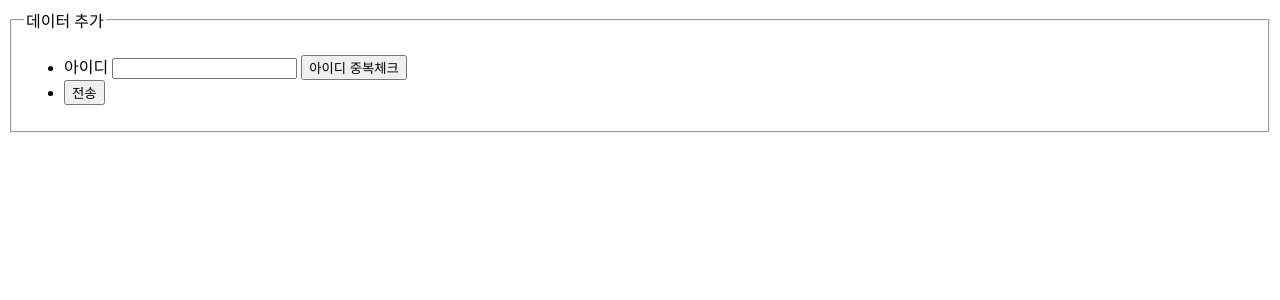
Repository: yuntaekOhO/SY_Academy_Study
Page: http://localhost/ch03-JSP/ch10-ajax/s05_registerForm.jsp
An editor plug-in stored every save of this project. The page is shown before and after the next save, followed by the edit.
The browser window is 1280 px wide. The pictures show the whole page.
The page is served by Tomcat 9. Other server files are loaded and not shown.

Above is the page before, as saved 2022-06-30 06:09:22.

### workspace_jsp/ch03-JSP/src/main/webapp/ch10-ajax/s05_registerForm.jsp
<%@ page language="java" contentType="text/html; charset=UTF-8"
    pageEncoding="UTF-8"%>
<!DOCTYPE html>
<html>
<head>
<meta charset="UTF-8">
<title>아이디 중복 체크</title>
<script type="text/javascript" src="../js/jquery-3.6.0.min.js"></script>
<script type="text/javascript">

</script>
</head>
<body>
<form id="insert_form" method="post">
	<fieldset>
		<legend>데이터 추가</legend>
		<ul>
			<li>
				<label for="id">아이디</label>
				<input type="text" name="id" id="id">
				<input type="button" id="confirmId" value="아이디 중복체크">
				<span id="id_signed"></span>
			</li>
			<li>
				<input type="submit" value="전송">
			</li>
		</ul>
	</fieldset>
</form>
</body>
</html>

Loaded but not shown: workspace_jsp/ch03-JSP/src/main/webapp/js/jquery-3.6.0.min.js (library)

After the next save:
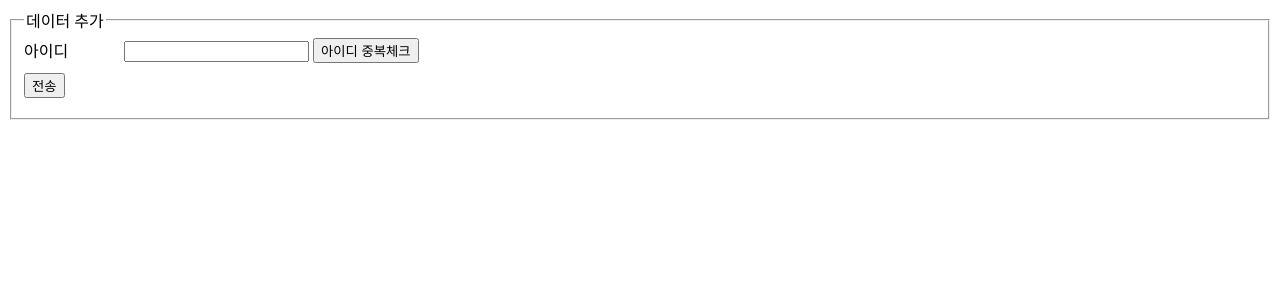
Saved 118 s later.
--- a/workspace_jsp/ch03-JSP/src/main/webapp/ch10-ajax/s05_registerForm.jsp
+++ b/workspace_jsp/ch03-JSP/src/main/webapp/ch10-ajax/s05_registerForm.jsp
@@ -5,6 +5,21 @@
 <head>
 <meta charset="UTF-8">
 <title>아이디 중복 체크</title>
+<style type="text/css">
+	ul{
+		padding: 0;
+		margin: 0;
+		list-style: none;
+	}
+	ul li{
+		padding: 0;
+		margin: 0 0 10px 0;
+	}
+	label{
+		width: 100px;
+		float: left;
+	}
+</style>
 <script type="text/javascript" src="../js/jquery-3.6.0.min.js"></script>
 <script type="text/javascript">
 

After the save that followed:
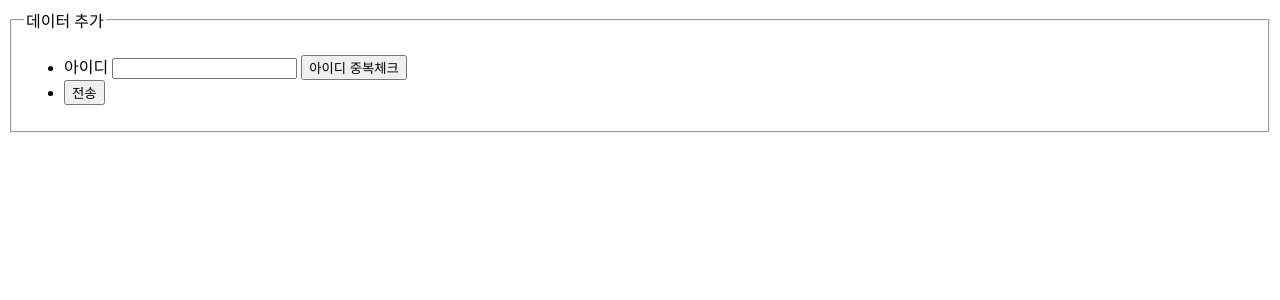
Saved 47 s later.
--- a/workspace_jsp/ch03-JSP/src/main/webapp/ch10-ajax/s05_registerForm.jsp
+++ b/workspace_jsp/ch03-JSP/src/main/webapp/ch10-ajax/s05_registerForm.jsp
@@ -6,19 +6,7 @@
 <meta charset="UTF-8">
 <title>아이디 중복 체크</title>
 <style type="text/css">
-	ul{
-		padding: 0;
-		margin: 0;
-		list-style: none;
-	}
-	ul li{
-		padding: 0;
-		margin: 0 0 10px 0;
-	}
-	label{
-		width: 100px;
-		float: left;
-	}
+
 </style>
 <script type="text/javascript" src="../js/jquery-3.6.0.min.js"></script>
 <script type="text/javascript">
